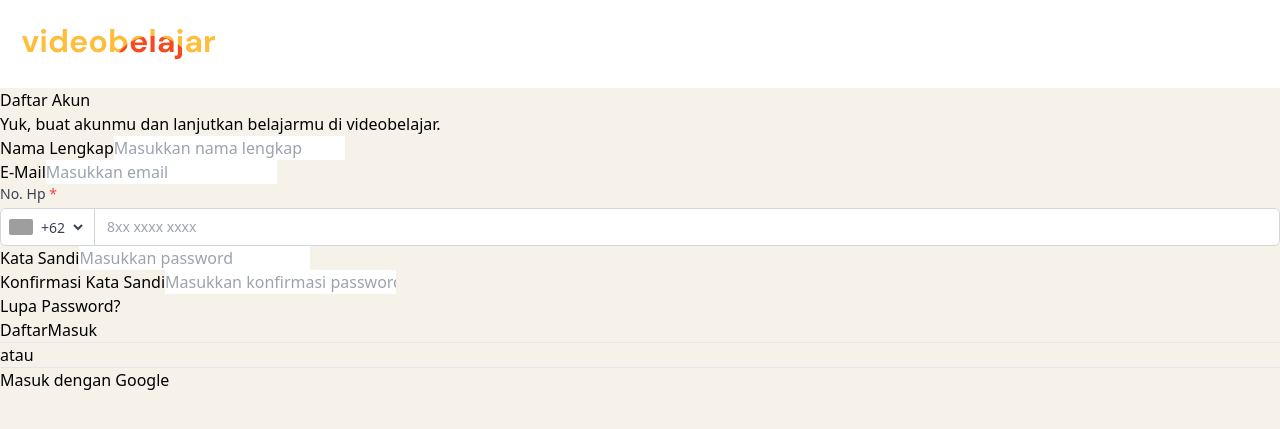
Repository: dimascahyanugraha/Course-Mission-4
Page: /signup
These files come from the project's save history. The page is drawn as it stood at one moment and after a run of saves; the edit follows.
The browser window is 1280 px wide. The pictures show the whole page.
Pictures or frames that could not be fetched are drawn as grey boxes. The project was rebuilt for these pictures with package versions that can differ from the ones it lists, and the page was loaded fresh each time. Also part of the build but not shown: vite.config.js, src/components/LoginPage.jsx.

Above is the page before, as saved 2026-05-29 10:44:01.

After the next 2 saves:
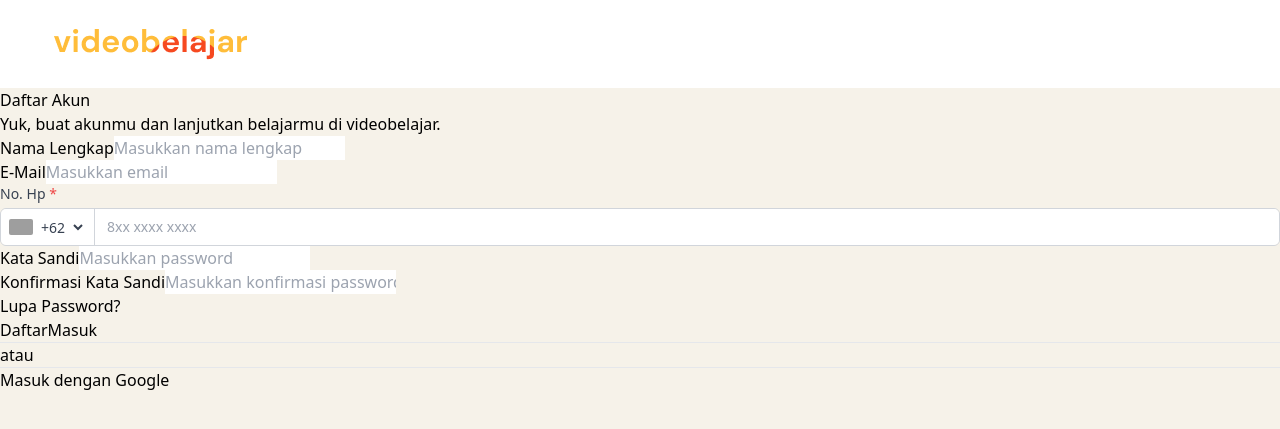
The 2 saves are shown as one change because they came seconds apart.
The last was saved 21 s later.
--- a/src/components/Signup.jsx
+++ b/src/components/Signup.jsx
@@ -4,7 +4,7 @@ import indonesia from "../assets/indonesia.png";
 export default function Signup() {
   return (
     <div className="min-h-screen bg-[#f6f2e9] flex flex-col">
-      <header className="bg-white py-4">
+      <header className="bg-white py-4 px-8">
         <img src={logoVideoBelajar} alt="logo" />
       </header>
 
